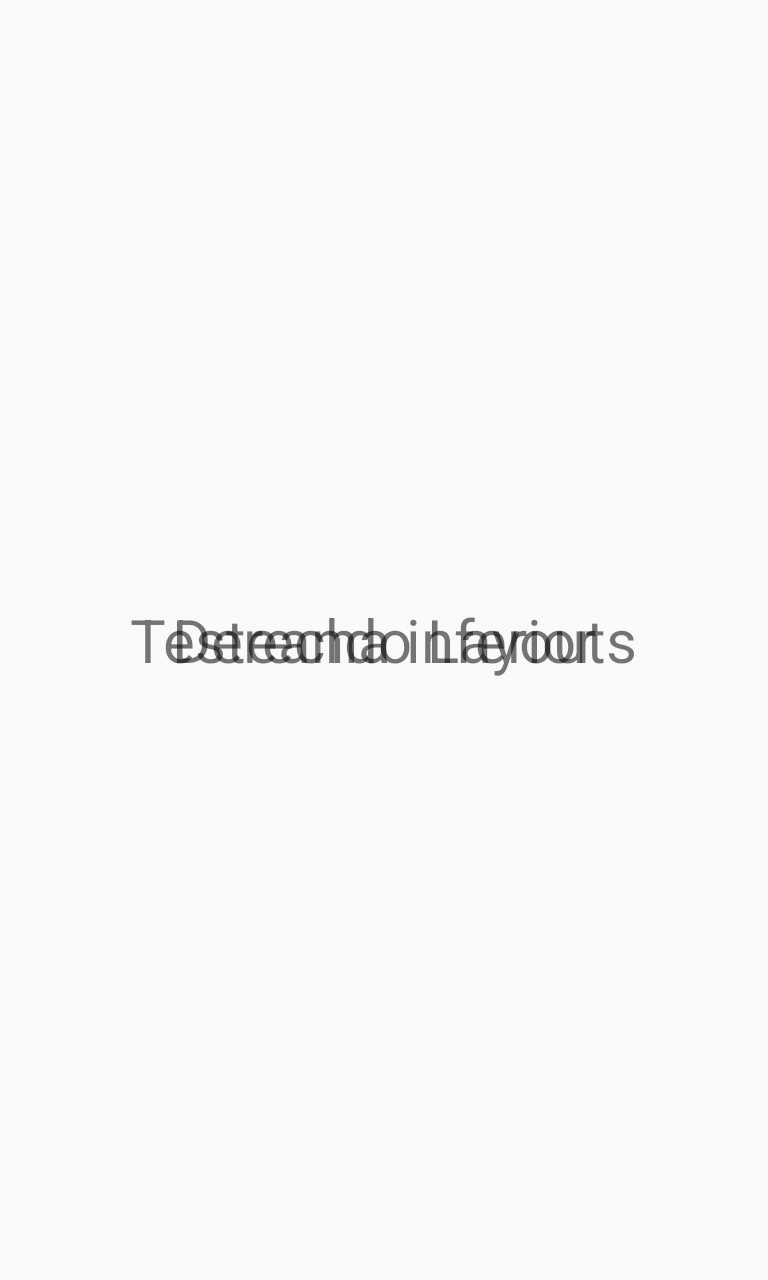
Repository: jromanz/android-projects
Layout: ListaAlumnos/res/layout/activity_frame_layout.xml
The author's editor kept a copy of each file at every save. The layout is drawn from the files as they stood at one save, then again after the next save.
It is drawn on a 768 x 1280 px phone screen (xhdpi) without system bars, with theme AppTheme; the app's code is not run.

Above is the layout before, as saved 2014-08-28 23:19:43.

### ListaAlumnos/res/layout/activity_frame_layout.xml
<FrameLayout xmlns:android="http://schemas.android.com/apk/res/android"
    xmlns:tools="http://schemas.android.com/tools"
    android:layout_width="fill_parent"
    android:layout_height="fill_parent"
    tools:context="${relativePackage}.${activityClass}" >

    <TextView
        android:layout_width="wrap_content"
        android:layout_height="wrap_content"
        android:text="Testeando Layouts"
        android:textSize="30sp"
        android:layout_gravity="center"
        />


    <TextView
        android:layout_width="wrap_content"
        android:layout_height="wrap_content"
        android:text="Derecha inferior"
        android:textSize="30sp"
        android:layout_gravity="center"
        />

</FrameLayout>

Loaded but not shown: ListaAlumnos/res/values/styles.xml (common file); ListaAlumnos/res/values-v11/styles.xml (common file); ListaAlumnos/res/values-v14/styles.xml (common file)

After the next save:
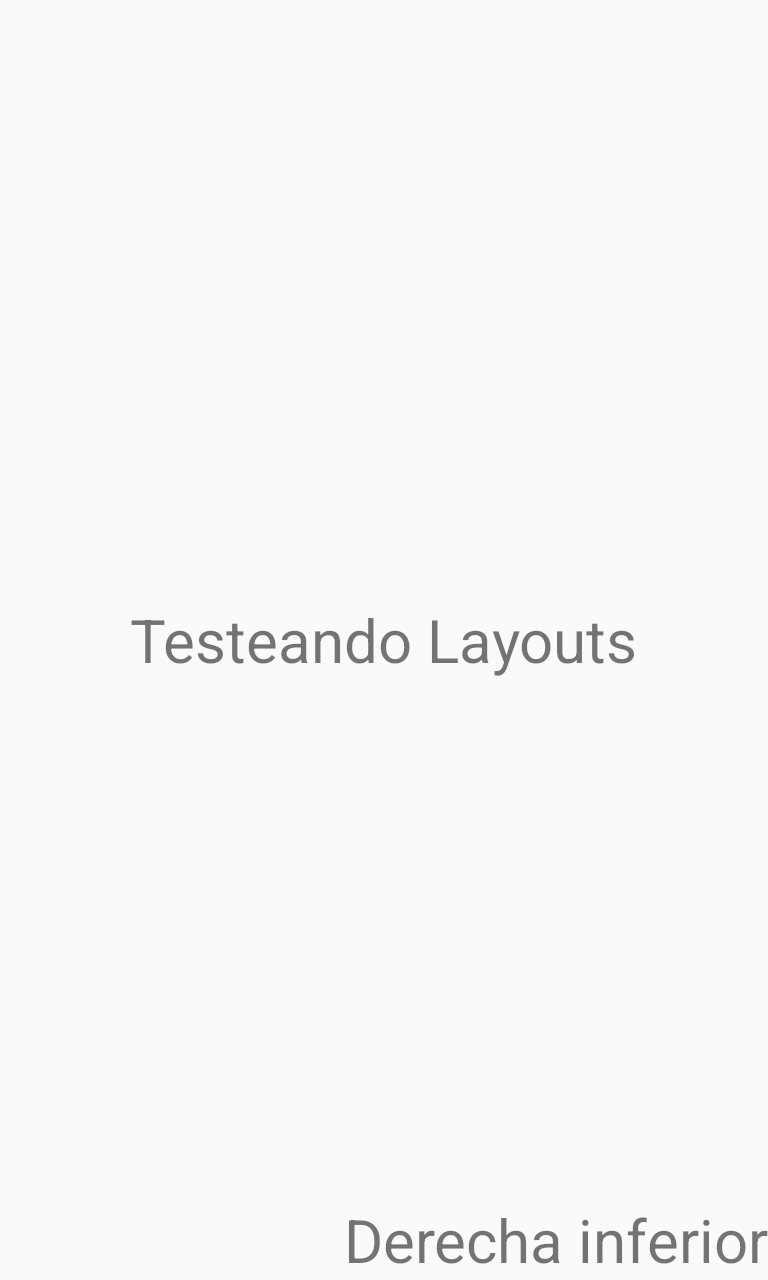
Saved 13 s later.
--- a/ListaAlumnos/res/layout/activity_frame_layout.xml
+++ b/ListaAlumnos/res/layout/activity_frame_layout.xml
@@ -18,7 +18,7 @@
         android:layout_height="wrap_content"
         android:text="Derecha inferior"
         android:textSize="30sp"
-        android:layout_gravity="center"
+        android:layout_gravity="bottom|right"
         />
 
 </FrameLayout>
